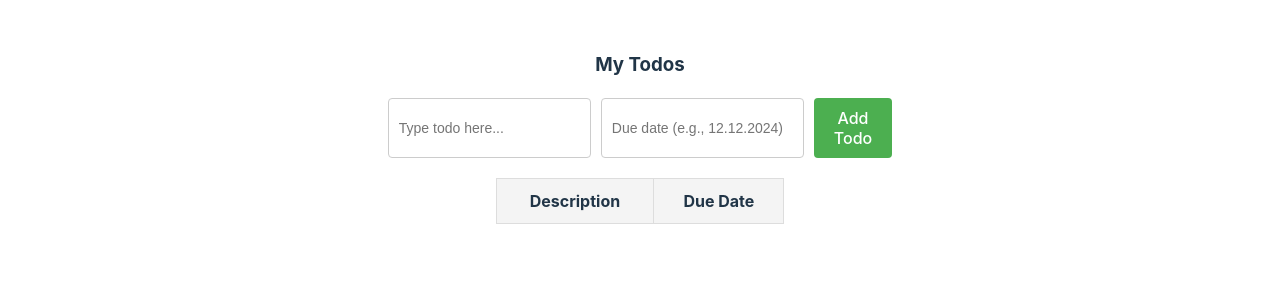
Repository: Aminul-Islam85/Todolist-with-delete
Page: /
These files come from the project's save history. The page is drawn as it stood at one moment and after the next save; the edit follows.
The browser window is 1280 px wide. The pictures show the whole page.
The project was rebuilt for these pictures with package versions that can differ from the ones it lists, and the page was loaded fresh each time. Also part of the build but not shown: vite.config.js.

Above is the page before, as saved 2024-09-16 23:15:04.

### src/App.jsx
import './App.css'
import TodoList from './components/TodoList';
const App = () => {
  return (
    <div>
    <TodoList/>

    </div>
  );
};

export default App;

### src/index.css
:root {
  font-family: Inter, system-ui, Avenir, Helvetica, Arial, sans-serif;
  line-height: 1.5;
  font-weight: 400;

  color-scheme: light dark;
  color: rgba(255, 255, 255, 0.87);
  background-color: #242424;

  font-synthesis: none;
  text-rendering: optimizeLegibility;
  -webkit-font-smoothing: antialiased;
  -moz-osx-font-smoothing: grayscale;
}

a {
  font-weight: 500;
  color: #646cff;
  text-decoration: inherit;
}
a:hover {
  color: #535bf2;
}

body {
  margin: 0;
  display: flex;
  place-items: flex-start;
  min-width: 320px;
  min-height: 100vh;
}

h1 {
  font-size: 3.2em;
  line-height: 1.1;
}

button {
  border-radius: 8px;
  border: 1px solid transparent;
  padding: 0.6em 1.2em;
  font-size: 1em;
  font-weight: 500;
  font-family: inherit;
  background-color: #1a1a1a;
  cursor: pointer;
  transition: border-color 0.25s;
}
button:hover {
  border-color: #646cff;
}
button:focus,
button:focus-visible {
  outline: 4px auto -webkit-focus-ring-color;
}

@media (prefers-color-scheme: light) {
  :root {
    color: #213547;
    background-color: #ffffff;
  }
  a:hover {
    color: #747bff;
  }
  button {
    background-color: #f9f9f9;
  }
}

### src/App.css
#root {
  max-width: 1280px;
  margin: 0 auto;
  padding: 2rem;
  text-align: center;
}

.logo {
  height: 6em;
  padding: 1.5em;
  will-change: filter;
  transition: filter 300ms;
}
.logo:hover {
  filter: drop-shadow(0 0 2em #646cffaa);
}
.logo.react:hover {
  filter: drop-shadow(0 0 2em #61dafbaa);
}

@keyframes logo-spin {
  from {
    transform: rotate(0deg);
  }
  to {
    transform: rotate(360deg);
  }
}

@media (prefers-reduced-motion: no-preference) {
  a:nth-of-type(2) .logo {
    animation: logo-spin infinite 20s linear;
  }
}

.card {
  padding: 2em;
}

.read-the-docs {
  color: #888;
}

/* App.css */
.todo-container {
  width: 50%;
  margin: 0 auto;
  text-align: center;
}

.input-group {
  display: flex;
  justify-content: center;
  margin-bottom: 20px;
}

.todo-input, .date-input {
  padding: 10px;
  margin-right: 10px;
  border: 1px solid #ccc;
  border-radius: 4px;
  font-size: 14px;
  width: 200px;
}

.add-button {
  padding: 10px 20px;
  background-color: #4CAF50;
  color: white;
  border: none;
  border-radius: 4px;
  cursor: pointer;
  font-size: 16px;
}

.add-button:hover {
  background-color: #45a049;
}

.todo-table {
  width: 100%;
  margin-top: 20px;
  border-collapse: collapse;
}

.todo-table th, .todo-table td {
  border: 1px solid #ddd;
  padding: 10px;
}

.todo-table th {
  background-color: #f4f4f4;
}

.todo-table tr:nth-child(even) {
  background-color: #f9f9f9;
}

.todo-table tr:hover {
  background-color: #f1f1f1;
}

### src/components/TodoList.jsx
import { useState } from 'react';
import '../App.css'

const TodoList = () => {
    const [todo, setTodo] = useState({ description: "", duedate: "" });
    const [todos, setTodos] = useState([]);

    const handleAdd = () => {
        if (!todo.description || !todo.duedate) {
            alert("Please fill in both fields.");
            return;
        }

        setTodos([todo, ...todos]);
        setTodo({ description: "", duedate: "" });
    };

    return (
        <div className="todo-container">
            <h3>My Todos</h3>
            <div className="input-group">
                <input
                    placeholder='Type todo here...'
                    value={todo.description}
                    onChange={event => setTodo({ ...todo, description: event.target.value })}
                    className="todo-input"
                />
                <input
                    placeholder='Due date (e.g., 12.12.2024)'
                    value={todo.duedate}
                    onChange={event => setTodo({ ...todo, duedate: event.target.value })}
                    className="date-input"
                />
                <button onClick={handleAdd} className="add-button">Add Todo</button>
            </div>
            <table className="todo-table">
                <thead>
                    <tr>
                        <th>Description</th>
                        <th>Due Date</th>
                    </tr>
                </thead>
                <tbody>
                    {todos.map((todo, index) => (
                        <tr key={index}>
                            <td>{todo.description}</td>
                            <td>{todo.duedate}</td>
                        </tr>
                    ))}
                </tbody>
            </table>
        </div>
    );
};

export default TodoList;

Loaded but not shown: index.html (common file); src/main.jsx (common file)

After the next save:
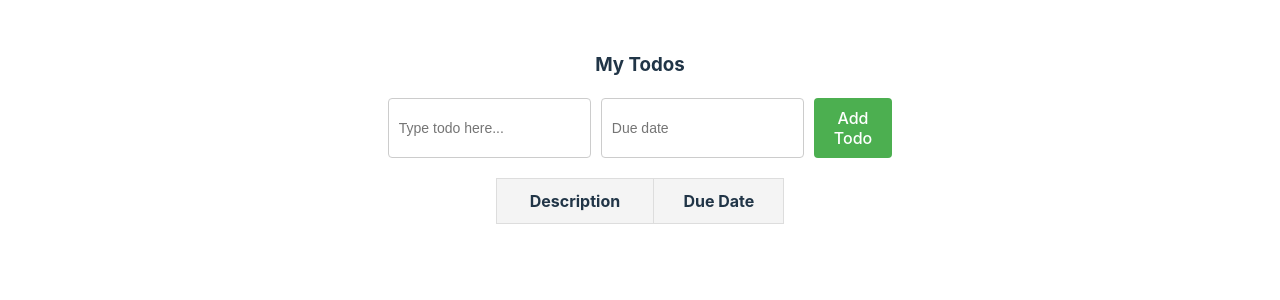
Saved 86 s later.
--- a/src/components/TodoList.jsx
+++ b/src/components/TodoList.jsx
@@ -26,7 +26,7 @@ const TodoList = () => {
                     className="todo-input"
                 />
                 <input
-                    placeholder='Due date (e.g., 12.12.2024)'
+                    placeholder='Due date'
                     value={todo.duedate}
                     onChange={event => setTodo({ ...todo, duedate: event.target.value })}
                     className="date-input"
